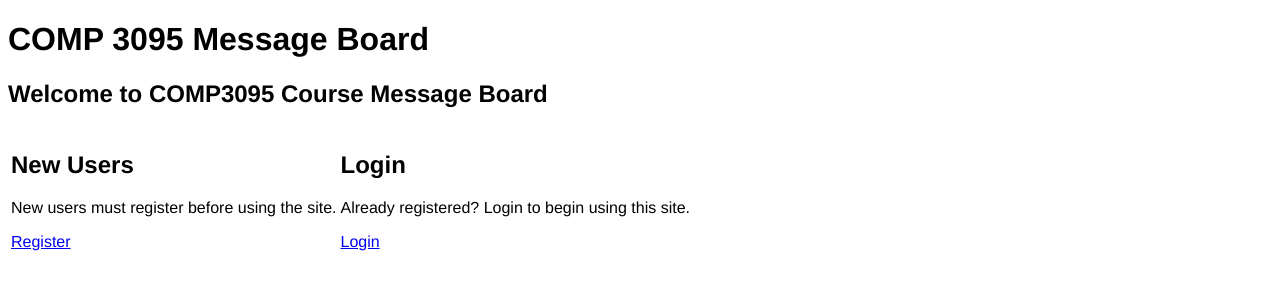
Repository: JesseFo/Whitespace
Page: whitespace/WebContent/WEB-INF/index.html
An editor plug-in stored every save of this project. The page is shown before and after the next save, followed by the edit.
The browser window is 1280 px wide. The pictures show the whole page.

Above is the page before, as saved 2015-10-14 02:45:37.

After the next save:
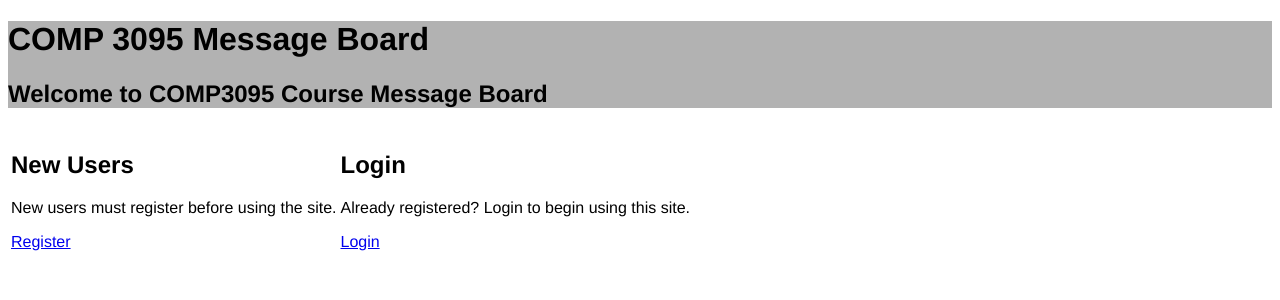
Saved 2 min 58 s later.
--- a/whitespace/WebContent/WEB-INF/index.css
+++ b/whitespace/WebContent/WEB-INF/index.css
@@ -3,3 +3,7 @@
 #wrapper{
 	font-family: Helvetica, Arial, sans-serif;
 }
+
+#title{
+	background: #B2B2B2;
+}
